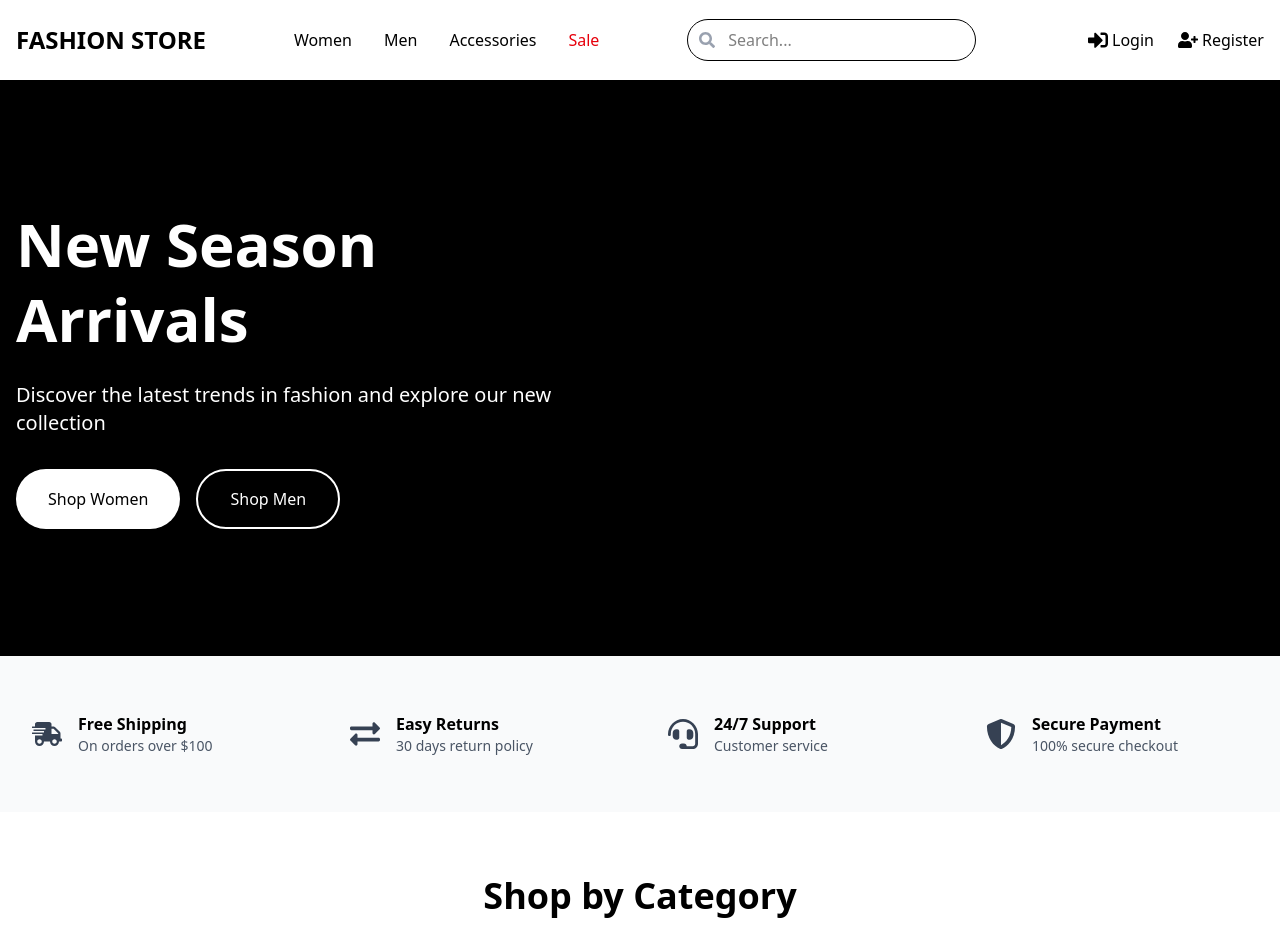
Repository: minhquang203/SHOPQUANAO
Page: / (app in frontend/)
The author's editor kept a copy of each file at every save. The page is drawn from the files as they stood at one save, then again after the next save.
The browser window is 1280 px wide. The pictures show the part of the page from y = 0 to 952 px (the page is 2446 px tall).
The project was rebuilt for these pictures with package versions that can differ from the ones it lists, and the page was loaded fresh each time. Also part of the build but not shown: frontend/vite.config.js, frontend/src/components/AdminLayout.jsx, frontend/src/components/AdminRoute.jsx, frontend/src/pages/admin/Dashboard.jsx, frontend/src/pages/admin/Orders.jsx, frontend/src/pages/admin/Products.jsx, frontend/src/pages/admin/Users.jsx, frontend/src/pages/LoginPage.jsx and 1 more.

Above is the page before, as saved 2025-04-29 12:37:09.

### frontend/src/main.jsx
// main.jsx
import React from "react";
import ReactDOM from "react-dom/client";
import { Provider } from "react-redux";
import { PersistGate } from "redux-persist/integration/react";
import App from "./App";
import "./index.css";
import { persistor, store } from "./redux/store";

ReactDOM.createRoot(document.getElementById("root")).render(
  <Provider store={store}>
    <PersistGate loading={null} persistor={persistor}>
      <App />
    </PersistGate>
  </Provider>
);

### frontend/src/App.jsx
import React from "react";
import { Route, BrowserRouter as Router, Routes } from "react-router-dom";
import AdminLayout from "./components/AdminLayout";
import AdminRoute from "./components/AdminRoute";
import Navbar from "./components/Navbar";
import Dashboard from "./pages/admin/Dashboard";
import Orders from "./pages/admin/Orders";
import Products from "./pages/admin/Products";
import Users from "./pages/admin/Users";
import Homepage from "./pages/Homepage";
import Login from "./pages/LoginPage";
import Register from "./pages/RegisterPage";

function App() {
  return (
    <Router>
      <Navbar />
      <Routes>
        {/* Public Routes */}
        <Route path="/" element={<Homepage />} />
        <Route path="/login" element={<Login />} />
        <Route path="/register" element={<Register />} />

        {/* Admin Protected Routes */}
        <Route element={<AdminRoute />}>
          <Route path="/admin" element={<AdminLayout />}>
            <Route index element={<Dashboard />} />
            <Route path="dashboard" element={<Dashboard />} />
            <Route path="orders" element={<Orders />} />
            <Route path="products" element={<Products />} />
            <Route path="users" element={<Users />} />
          </Route>
        </Route>
      </Routes>
    </Router>
  );
}

export default App;

### frontend/src/index.css
@import "tailwindcss";




.group:hover .group-hover\:block{
    display: block;
}

### frontend/src/redux/store.js
// redux/store.js
import { configureStore } from '@reduxjs/toolkit';
import { combineReducers } from 'redux';
import { persistReducer, persistStore } from 'redux-persist';
import storage from 'redux-persist/lib/storage'; // lưu trên localStorage
import authReducer from './authSlice';

const persistConfig = {
  key: 'root',
  storage,
  whitelist: ['auth'], // chỉ persist auth
};

const rootReducer = combineReducers({
  auth: authReducer,
});

const persistedReducer = persistReducer(persistConfig, rootReducer);

export const store = configureStore({
  reducer: persistedReducer,
  middleware: (getDefaultMiddleware) =>
    getDefaultMiddleware({
      serializableCheck: false,
    }),
});

export const persistor = persistStore(store);

### frontend/src/components/Navbar.jsx
import React, { useState } from 'react';
import { FaHeart, FaSearch, FaShoppingCart, FaSignInAlt, FaUser, FaUserPlus } from 'react-icons/fa';
import { useDispatch, useSelector } from 'react-redux';
import { Link, useNavigate } from 'react-router-dom';
import { selectCurrentRole, selectCurrentUser, selectIsAuthenticated } from '../redux/authSelectors';
import { logout } from '../redux/authSlice';

function Navbar() {
  const dispatch = useDispatch();
  const navigate = useNavigate();
  const [isMenuOpen, setIsMenuOpen] = useState(false);
  const isAuthenticated = useSelector(selectIsAuthenticated);
  const user = useSelector(selectCurrentUser);
  const role = useSelector(selectCurrentRole);

  // Sử dụng selector đã memoize


  const handleLogout = () => {
    dispatch(logout());
    navigate('/login');
  };

  const AuthenticatedIcons = () => (
    <div className="flex items-center space-x-6">
      <button className="hover:text-gray-600 transition">
        <FaSearch className="h-5 w-5 md:hidden" />
      </button>
      <Link to="/wishlist" className="hover:text-gray-600 transition">
        <FaHeart className="h-5 w-5" />
      </Link>
      <Link to="/cart" className="relative hover:text-gray-600 transition">
        <FaShoppingCart className="h-5 w-5" />
        <span className="absolute -top-2 -right-2 bg-red-600 text-white text-xs rounded-full w-5 h-5 flex items-center justify-center">
          0
        </span>
      </Link>

      {/* Admin Dashboard Link - Only visible for admins */}
      {role === 'admin' && (
        <Link to="/admin/dashboard" className="hover:text-gray-600 transition">
          <span className="hidden md:inline">Admin</span>
        </Link>
      )}

      <div className="relative group">
        <button className="hover:text-black transition-transform hover:scale-105">
          <FaUser className="h-5 w-5" />
          <span className="hidden md:inline">{user?.username}</span>
        </button>
        <div className="absolute right-0 w-48 py-2 mt-2 bg-white rounded-md shadow-xl invisible group-hover:visible opacity-0 group-hover:opacity-100 transition-all duration-200 z-50">
          <Link
            to="/profile"
            className="block px-4 py-2 text-sm text-gray-700 hover:bg-gray-100"
          >
            Profile
          </Link>
          <Link
            to="/orders"
            className="block px-4 py-2 text-sm text-gray-700 hover:bg-gray-100"
          >
            Orders
          </Link>
          <button
            onClick={handleLogout}
            className="block w-full text-left px-4 py-2 text-sm text-gray-700 hover:bg-gray-100"
          >
            Sign Out
          </button>
        </div>
      </div>
    </div>
  );

  const NonAuthenticatedIcons = () => (
    <div className="flex items-center space-x-6">
      <button className="hover:text-gray-600 transition">
        <FaSearch className="h-5 w-5 md:hidden" />
      </button>
      <Link to="/login" className="hover:text-gray-600 transition flex items-center space-x-1">
        <FaSignInAlt className="h-5 w-5" />
        <span className="hidden md:inline">Login</span>
      </Link>
      <Link to="/register" className="hover:text-gray-600 transition flex items-center space-x-1">
        <FaUserPlus className="h-5 w-5" />
        <span className="hidden md:inline">Register</span>
      </Link>
    </div>
  );

  return (
    <nav className="bg-white shadow-md sticky top-0 z-50">
      <div className="container mx-auto px-4">
        <div className="flex items-center justify-between h-20">
          <Link to="/" className="text-2xl font-bold">FASHION STORE</Link>

          <div className="hidden md:flex items-center space-x-8">
            <Link to="/women" className="hover:text-gray-600 transition">Women</Link>
            <Link to="/men" className="hover:text-gray-600 transition">Men</Link>
            <Link to="/accessories" className="hover:text-gray-600 transition">Accessories</Link>
            <Link to="/sale" className="text-red-600 hover:text-red-700 transition">Sale</Link>
          </div>

          <div className="hidden md:flex items-center relative">
            <input
              type="text"
              placeholder="Search..."
              className="pl-10 pr-4 py-2 border rounded-full focus:outline-none focus:ring-2 focus:ring-black"
            />
            <FaSearch className="absolute left-3 text-gray-400" />
          </div>

          {user ? <AuthenticatedIcons /> : <NonAuthenticatedIcons />}

          <button
            className="md:hidden"
            onClick={() => setIsMenuOpen(!isMenuOpen)}
            aria-label="Toggle menu"
          >
            <svg className="w-6 h-6" fill="none" viewBox="0 0 24 24" stroke="currentColor">
              <path strokeLinecap="round" strokeLinejoin="round" strokeWidth={2} d="M4 6h16M4 12h16M4 18h16" />
            </svg>
          </button>
        </div>

        {isMenuOpen && (
          <div className="md:hidden py-4 border-t">
            <div className="flex flex-col space-y-4">
              <Link to="/women" className="hover:text-gray-600 transition px-4">Women</Link>
              <Link to="/men" className="hover:text-gray-600 transition px-4">Men</Link>
              <Link to="/accessories" className="hover:text-gray-600 transition px-4">Accessories</Link>
              <Link to="/sale" className="text-red-600 hover:text-red-700 transition px-4">Sale</Link>
              {role === 'admin' && (
                <Link to="/admin/dashboard" className="hover:text-gray-600 transition px-4">
                  Admin Dashboard
                </Link>
              )}
              <div className="relative px-4">
                <input
                  type="text"
                  placeholder="Search..."
                  className="w-full pl-10 pr-4 py-2 border rounded-full focus:outline-none focus:ring-2 focus:ring-black"
                />
                <FaSearch className="absolute left-7 top-3 text-gray-400" />
              </div>
            </div>
          </div>
        )}
      </div>
    </nav>
  );
}

export default Navbar;

### frontend/src/pages/Homepage.jsx
import React from "react";
import { FaExchangeAlt, FaHeadset, FaShieldAlt, FaShippingFast } from 'react-icons/fa';

function Homepage() {
  return (
    <div className="min-h-screen">
      {/* Hero Banner with Overlay */}
      <section className="relative h-[80vh]">
        <img
          src="/assets/banner.jpg"
          alt="Hero Banner"
          className="w-full h-full object-cover"
        />
        <div className="absolute inset-0 bg-black bg-opacity-40 flex items-center">
          <div className="container mx-auto px-4">
            <div className="max-w-xl">
              <h1 className="text-6xl font-bold mb-6 text-white leading-tight">
                New Season Arrivals
              </h1>
              <p className="text-xl text-white mb-8">
                Discover the latest trends in fashion and explore our new collection
              </p>
              <div className="flex gap-4">
                <button className="bg-white text-black px-8 py-4 rounded-full hover:bg-gray-100 transition duration-300">
                  Shop Women
                </button>
                <button className="border-2 border-white text-white px-8 py-4 rounded-full hover:bg-white hover:text-black transition duration-300">
                  Shop Men
                </button>
              </div>
            </div>
          </div>
        </div>
      </section>

      {/* Services Section */}
      <section className="bg-gray-50 py-10">
        <div className="container mx-auto px-4">
          <div className="grid grid-cols-1 md:grid-cols-4 gap-6">
            <div className="flex items-center gap-4 p-4">
              <FaShippingFast className="text-3xl text-gray-700" />
              <div>
                <h3 className="font-semibold">Free Shipping</h3>
                <p className="text-sm text-gray-600">On orders over $100</p>
              </div>
            </div>
            <div className="flex items-center gap-4 p-4">
              <FaExchangeAlt className="text-3xl text-gray-700" />
              <div>
                <h3 className="font-semibold">Easy Returns</h3>
                <p className="text-sm text-gray-600">30 days return policy</p>
              </div>
            </div>
            <div className="flex items-center gap-4 p-4">
              <FaHeadset className="text-3xl text-gray-700" />
              <div>
                <h3 className="font-semibold">24/7 Support</h3>
                <p className="text-sm text-gray-600">Customer service</p>
              </div>
            </div>
            <div className="flex items-center gap-4 p-4">
              <FaShieldAlt className="text-3xl text-gray-700" />
              <div>
                <h3 className="font-semibold">Secure Payment</h3>
                <p className="text-sm text-gray-600">100% secure checkout</p>
              </div>
            </div>
          </div>
        </div>
      </section>

      {/* Categories */}
      <section className="py-16">
        <div className="container mx-auto px-4">
          <h2 className="text-4xl font-bold mb-12 text-center">Shop by Category</h2>
          <div className="grid grid-cols-1 md:grid-cols-3 gap-8">
            {['Women', 'Men', 'Accessories'].map((category) => (
              <div key={category} className="group relative overflow-hidden rounded-xl h-[400px]">
                <img
                  src={`/${category.toLowerCase()}.jpg`}
                  alt={category}
                  className="w-full h-full object-cover transition duration-500 group-hover:scale-110"
                />
                <div className="absolute inset-0 bg-gradient-to-t from-black/70 to-transparent flex flex-col justify-end p-8">
                  <h3 className="text-white text-2xl font-bold mb-3">{category}</h3>
                  <button className="bg-white text-black w-full py-3 rounded-full opacity-0 transform translate-y-4 group-hover:opacity-100 group-hover:translate-y-0 transition duration-300">
                    Shop Now
                  </button>
                </div>
              </div>
            ))}
          </div>
        </div>
      </section>

      {/* Featured Products */}
      <section className="bg-gray-50 py-16">
        <div className="container mx-auto px-4">
          <h2 className="text-4xl font-bold mb-12 text-center">Trending Now</h2>
          <div className="grid grid-cols-1 md:grid-cols-4 gap-6">
            {[1, 2, 3, 4].map((item) => (
              <div key={item} className="group bg-white rounded-xl overflow-hidden hover:shadow-xl transition duration-300">
                <div className="relative overflow-hidden">
                  <img
                    src={`/product${item}.jpg`}
                    alt={`Product ${item}`}
                    className="w-full h-[350px] object-cover group-hover:scale-105 transition duration-500"
                  />
                  <div className="absolute top-4 right-4">
                    <button className="bg-white p-2 rounded-full shadow-md hover:bg-gray-100">
                      <svg className="w-5 h-5" fill="none" stroke="currentColor" viewBox="0 0 24 24">
                        <path strokeLinecap="round" strokeLinejoin="round" strokeWidth="2" d="M4.318 6.318a4.5 4.5 0 000 6.364L12 20.364l7.682-7.682a4.5 4.5 0 00-6.364-6.364L12 7.636l-1.318-1.318a4.5 4.5 0 00-6.364 0z" />
                      </svg>
                    </button>
                  </div>
                </div>
                <div className="p-6">
                  <h3 className="font-semibold text-lg mb-2">Product Name</h3>
                  <div className="flex justify-between items-center">
                    <p className="text-gray-600">$99.99</p>
                    <button className="bg-black text-white px-6 py-2 rounded-full hover:bg-gray-800 transition duration-300">
                      Add to Cart
                    </button>
                  </div>
                </div>
              </div>
            ))}
          </div>
        </div>
      </section>

      {/* Newsletter */}
      <section className="py-20 bg-gradient-to-r from-gray-900 to-gray-800 text-white">
        <div className="container mx-auto px-4">
          <div className="text-center max-w-2xl mx-auto">
            <h2 className="text-4xl font-bold mb-6">Join Our Newsletter</h2>
            <p className="text-gray-300 mb-8">Subscribe to get special offers, free giveaways, and amazing deals.</p>
            <div className="flex gap-4 justify-center">
              <input
                type="email"
                placeholder="Enter your email"
                className="px-6 py-3 rounded-full w-full max-w-md text-black focus:outline-none focus:ring-2 focus:ring-white"
              />
              <button className="bg-white text-black px-8 py-3 rounded-full hover:bg-gray-100 transition duration-300">
                Subscribe
              </button>
            </div>
          </div>
        </div>
      </section>
    </div>
  );
}

export default Homepage;

### frontend/src/redux/authSlice.js
import { createSlice } from '@reduxjs/toolkit';

const initialState = {
  user: null,
  token: null,
  role: null,
};

const authSlice = createSlice({
  name: 'auth',
  initialState,
  reducers: {
    setCredentials: (state, action) => {
      state.user = action.payload.user;
      state.token = action.payload.token;
      state.role = action.payload.user.role; // Lưu role vào state
      state.isAuthenticated = true;

    },
    logout: (state) => {
      state.user = null;
      state.token = null;
      state.role = null;
      state.isAuthenticated = false;
    },
  },
});

export const { setCredentials, logout } = authSlice.actions;

export default authSlice.reducer;

### frontend/src/redux/authSelectors.js
// redux/authSelectors.js
export const selectCurrentUser = (state) => state.auth.user;
export const selectCurrentRole = (state) => state.auth.role;
export const selectIsAuthenticated = (state) => state.auth.isAuthenticated;
export const selectToken = (state) => state.auth.token;

Loaded but not shown: frontend/index.html (common file)

After the next save:
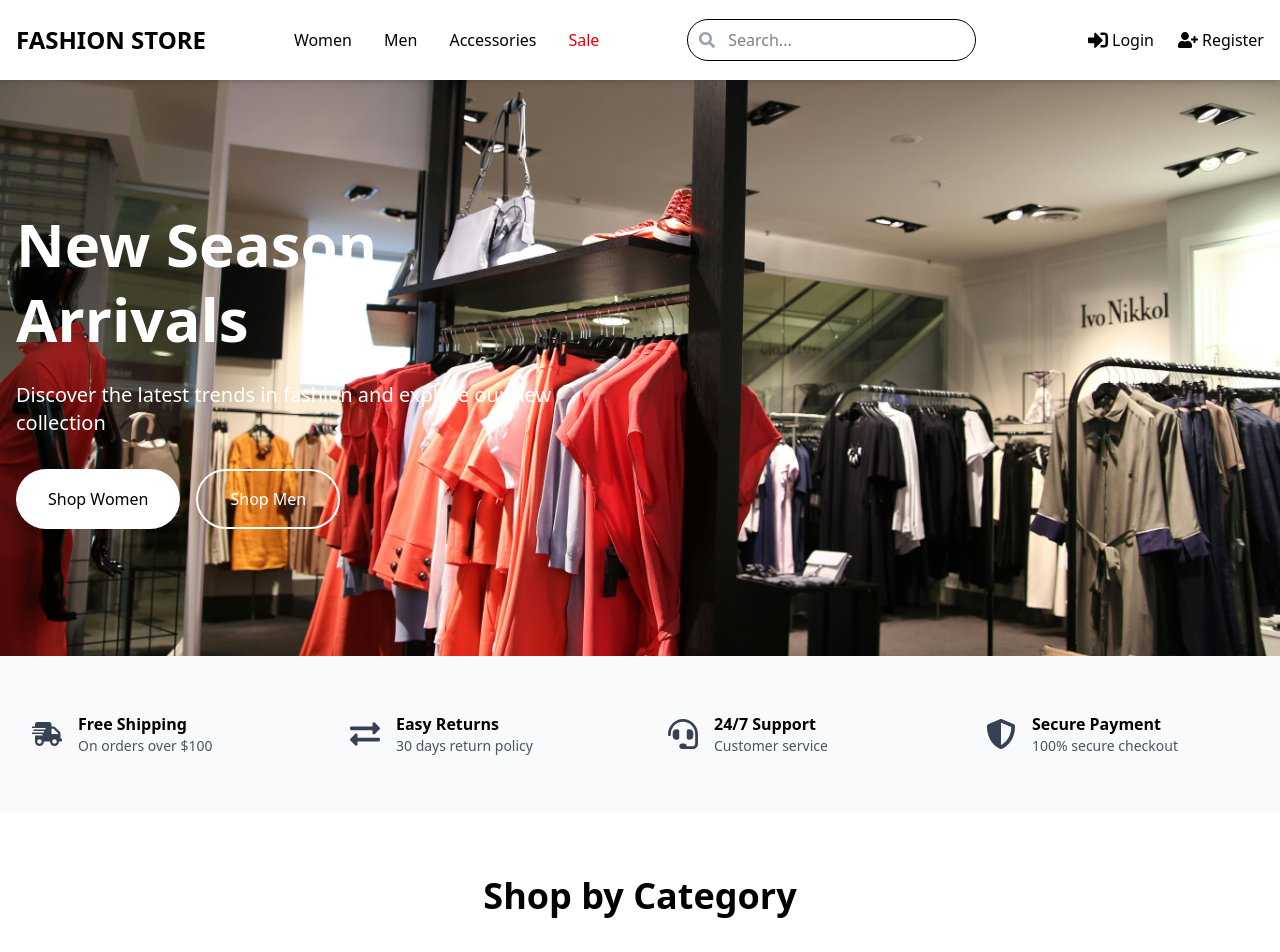
Saved 2 min 27 s later.
--- a/frontend/src/pages/Homepage.jsx
+++ b/frontend/src/pages/Homepage.jsx
@@ -11,7 +11,7 @@ function Homepage() {
           alt="Hero Banner"
           className="w-full h-full object-cover"
         />
-        <div className="absolute inset-0 bg-black bg-opacity-40 flex items-center">
+        <div className="absolute inset-0  flex items-center">
           <div className="container mx-auto px-4">
             <div className="max-w-xl">
               <h1 className="text-6xl font-bold mb-6 text-white leading-tight">
@@ -33,7 +33,7 @@ function Homepage() {
         </div>
       </section>
 
-      {/* Services Section */}
+        {/* Services Section */}
       <section className="bg-gray-50 py-10">
         <div className="container mx-auto px-4">
           <div className="grid grid-cols-1 md:grid-cols-4 gap-6">
